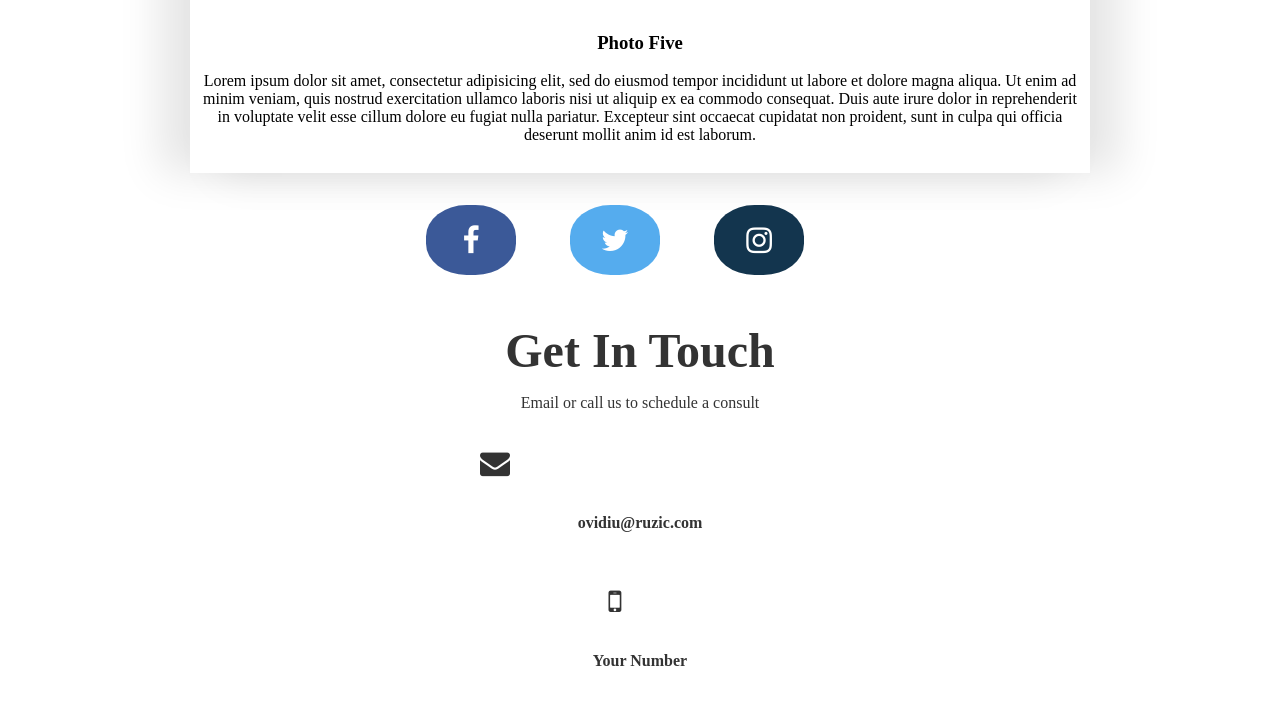
Repository: konstantin0s/mobile-photography
Page: index.html
An editor plug-in stored every save of this project. The page is shown before and after a run of saves, followed by the edit.
The browser window is 1280 px wide. The pictures show the part of the page from y = 4062 to 4788 px (the page is 4788 px tall).

Above is the page before, as saved 2019-05-11 15:07:03.

### index.html
<!DOCTYPE html>
<html lang="en" dir="ltr">
  <head>
    <meta charset="utf-8">
    <meta name="viewport" content="width=device-width, initial-scale=1.0">
    <meta http-equiv="X-UA-Compatible" content="ie=edge">
    <link rel="stylesheet" href="https://cdnjs.cloudflare.com/ajax/libs/font-awesome/4.7.0/css/font-awesome.min.css">
    <link rel="stylesheet" href="css/style.css">

    <title>Mobile Photography</title>
  </head>
  <body>
<main>
  <div id="landing" class="">
    <div id="landing-text" class="">
      <div id="landing-text-inner" class="">
       <img id="logo" src="img/logos.png" />
       <h1>Photography</h1>
        <a href="#images" class="btn" id="view-work">
          View Work
        </a>
      </div>
    </div>
    <div id="landing-image" class="">

    </div>
  </div>

  <div id="images" class="">
<div id="header">
  <h2>Our Work</h2>
</div>
<img src="https://source.unsplash.com/1600x900/?nature,water" alt="">
<div class="caption">
  <h3>Photo One</h3>
  <p>
    Lorem ipsum dolor sit amet, consectetur adipisicing elit, sed do eiusmod tempor incididunt ut labore et dolore magna aliqua. Ut enim ad minim veniam, quis nostrud exercitation ullamco laboris nisi ut aliquip ex ea commodo consequat. Duis aute irure dolor in reprehenderit in voluptate velit esse cillum dolore eu fugiat nulla pariatur. Excepteur sint occaecat cupidatat non proident, sunt in culpa qui officia deserunt mollit anim id est laborum.

  </p>
</div>

<img src="https://source.unsplash.com/1600x900/?nature,clouds" alt="">
<div class="caption">
  <h3>Photo Two</h3>
  <p>
    Lorem ipsum dolor sit amet, consectetur adipisicing elit, sed do eiusmod tempor incididunt ut labore et dolore magna aliqua. Ut enim ad minim veniam, quis nostrud exercitation ullamco laboris nisi ut aliquip ex ea commodo consequat. Duis aute irure dolor in reprehenderit in voluptate velit esse cillum dolore eu fugiat nulla pariatur. Excepteur sint occaecat cupidatat non proident, sunt in culpa qui officia deserunt mollit anim id est laborum.

  </p>
</div>

<img src="https://source.unsplash.com/1600x900/?nature,animals" alt="">
<div class="caption">
  <h3>Photo Three</h3>
  <p>
    Lorem ipsum dolor sit amet, consectetur adipisicing elit, sed do eiusmod tempor incididunt ut labore et dolore magna aliqua. Ut enim ad minim veniam, quis nostrud exercitation ullamco laboris nisi ut aliquip ex ea commodo consequat. Duis aute irure dolor in reprehenderit in voluptate velit esse cillum dolore eu fugiat nulla pariatur. Excepteur sint occaecat cupidatat non proident, sunt in culpa qui officia deserunt mollit anim id est laborum.

  </p>
</div>

<img src="https://source.unsplash.com/1600x900/?nature,trees" alt="">
<div class="caption">
  <h3>Photo Four/h3>
  <p>
    Lorem ipsum dolor sit amet, consectetur adipisicing elit, sed do eiusmod tempor incididunt ut labore et dolore magna aliqua. Ut enim ad minim veniam, quis nostrud exercitation ullamco laboris nisi ut aliquip ex ea commodo consequat. Duis aute irure dolor in reprehenderit in voluptate velit esse cillum dolore eu fugiat nulla pariatur. Excepteur sint occaecat cupidatat non proident, sunt in culpa qui officia deserunt mollit anim id est laborum.

  </p>
</div>

<img src="https://source.unsplash.com/1600x900/?nature,flowers" alt="">
<div class="caption">
  <h3>Photo Five</h3>
  <p>
    Lorem ipsum dolor sit amet, consectetur adipisicing elit, sed do eiusmod tempor incididunt ut labore et dolore magna aliqua. Ut enim ad minim veniam, quis nostrud exercitation ullamco laboris nisi ut aliquip ex ea commodo consequat. Duis aute irure dolor in reprehenderit in voluptate velit esse cillum dolore eu fugiat nulla pariatur. Excepteur sint occaecat cupidatat non proident, sunt in culpa qui officia deserunt mollit anim id est laborum.

  </p>
</div>

  </div>

</main>

<footer>
    <a href="#" class="fa fa-facebook"></a>
    <a href="#" class="fa fa-twitter"></a>
    <a href="#" class="fa fa-instagram"></a>

  <h3>Get In Touch</h3>
  <p>Email or call us to schedule a consult</p>
 <div class="container">
    <i class="fa fa-envelope fa-5x" aria-hidden="true"></i
      ><p><strong>ovidiu@ruzic.com</strong>
    </p> <br />
    <i class="fa fa-mobile fa-5x" aria-hidden="true"></i>
     <p> <strong>Your Number</strong></p>
 </div>
</footer>
<script
src="https://code.jquery.com/jquery-3.3.1.min.js"
integrity="sha256-FgpCb/KJQlLNfOu91ta32o/NMZxltwRo8QtmkMRdAu8="
crossorigin="anonymous"></script>
<script type="text/javascript" src="js/main.js">

</script>
  </body>
</html>

### css/style.css
import url('https://fonts.googleapis.com/css?family=Open+Sans');

body {
  font-family: 'Open Sans', sans-serif;
  margin: 0;
  background-color: #eee;
  height: auto;
}

h1{
  font-weight: 400;
  font-size: 2.5rem;
  text-transform: uppercase;
  margin: 0;
  border-bottom: 1px solid black;
  top: -90px;
  position: relative;
}

h2 {
  font-weight: 400;
  font-size: 1.2rem;
  text-transform: capitalize;
  margin: 0;
}

img {
  display: block;
  width: 100%;
}

#logo {
  top: -80px;
  position: relative;
}

main {
  max-width: 900px;
  margin: auto;
  box-shadow: 30px 0px 40px rgba(0,0,0,0.1), -30px 0px 40px rgba(0,0,0,0.1);
}

#landing {
  background: #fff;
  }

#landing-text {
display: flex;
flex: 0 1 40vw;
height: 50vh;
justify-content: center;
align-items: center;
text-align: center;
padding-right: 1rem;
padding-left: 1rem;
}

#landing-text h2 {
  color: #888;
}
.btn {
  padding: 0.5rem 2rem;
  border: 1px #ccc solid;
  display: inline-block;
  margin: 2rem 0 0;
  border-radius: 50px;
  text-decoration: none;
  color: #333;
  transition: background 500ms ease;
}

#landing-image {
  background: url(https://source.unsplash.com/De8wMYoSSBc);
  background-position: center;
  background-size: cover;
  background-repeat: no-repeat;
  height: 50vh;
  flex: 0 1 60vw;
  margin: 0;
}

.btn:hover {
  background: #f4f4f4;
}

#header {
  padding: 1.5rem;
  text-align: center;
  background: #333;
  color: #fff;
}

#header h2 {
  border-left: dotted 1px #fff;
  border-right: dotted 1px #fff;
display: inline-block;
padding-right: 1rem;
padding-left: 1rem;
}

.caption {
  padding: 0.8rem;
  text-align: center;
}

footer {
  text-align: center;
  padding: 2rem 1rem;
  margin: auto;
  color: #333;
}

footer h3 {
  font-size: 3rem;
  margin-bottom: 0;
}

.fa {
  padding: 20px;
  margin-right: 50px;
  font-size: 30px;
  width: 50px;
  text-align: center;
  text-decoration: none;
  border-radius: 45%;
}

/* Add a hover effect if you want */
.fa:hover {
  opacity: 0.7;
}

/* Set a specific color for each brand */

/* Facebook */
.fa-facebook {
  background: #3B5998;
  color: white;
}

/* Twitter */
.fa-twitter {
  background: #55ACEE;
  color: white;
}

/* Instagram */
.fa-instagram {
  background: rgb(19, 53, 78);
  color: white;
}

/* Email & Phone*/

.fa-envelope {
  position: relative;
  left:-120px;
  height: 30px;
}

.fa-mobile {

}

.container {
  display: flex;
 flex-direction: column;
 justify-content: space-evenly;
 align-items: center;
}

/* Screen size 500px and up*/
@media(min-width: 500px) {
  #landing {
    display: flex;
    height: 100%;
  }
  #landing-text {
    height: 100vh;
  }
  #landing-image {
    height: 100vh;
  }
}

/* Screen size 700px and up*/
@media(min-width: 700px) {
  .btn {
    padding: 1rem 3rem;
  }
}

/* Screen size 700px and up*/
@media(max-width: 500px) {
  .btn {
    padding: 1rem 3rem;
  }


  #logo {
    display: flex;
    width: 200px;
    height: 150px;
    flex-direction: column;
    top: -30px;
    position: relative;
  }

  h1 {

    flex-direction: column;
    top: -20px;
  font-size: 28px;
  border-bottom: 1px solid black;
  }
}

### js/main.js
//animate smooth scroll
$('#view-work').on('click', function() {
  const images = $('#images').position().top;

  $('html, body').animate({
    scrollTop: images
  }, 900)
});

After the next 3 saves:
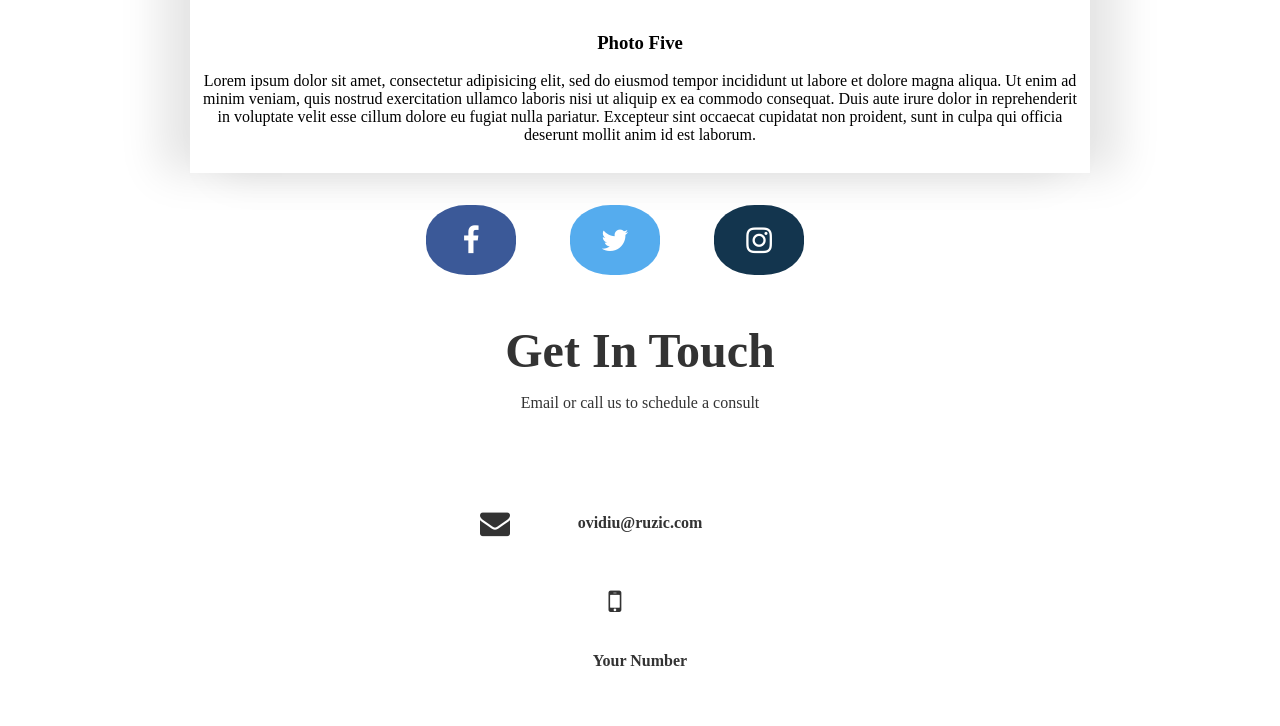
The 3 saves are shown as one change because they came seconds apart.
The last was saved 13 s later.
--- a/css/style.css
+++ b/css/style.css
@@ -155,7 +155,7 @@ footer h3 {
 .fa-envelope {
   position: relative;
   left:-120px;
-  height: 30px;
+ top: 60px;
 }
 
 .fa-mobile {
